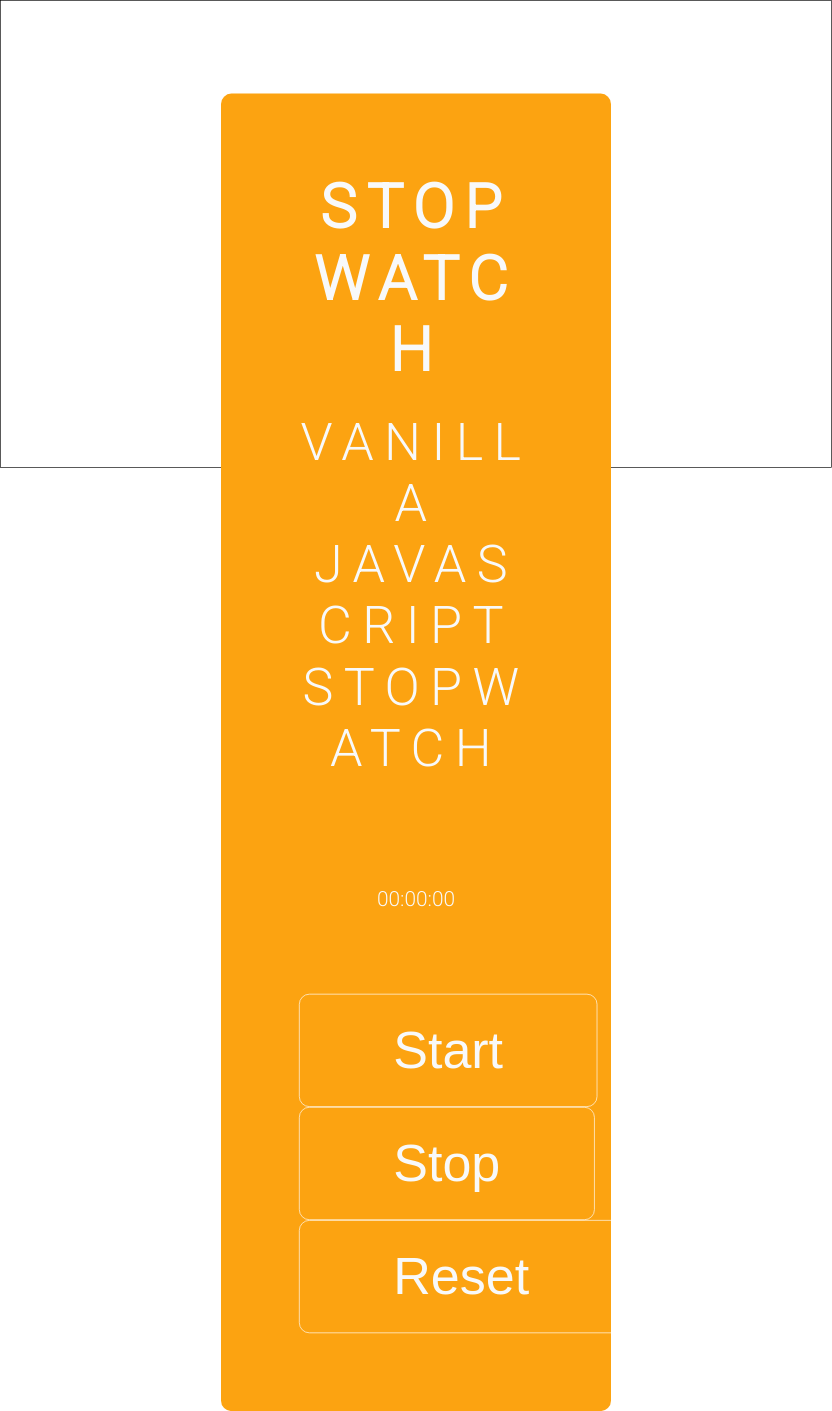
Repository: siaxiong/siaxiong.github.io
Page: doc/stopWatch.html
An editor plug-in stored every save of this project. The page is shown before and after the next save, followed by the edit.
The browser window is 1280 px wide. The pictures show the whole page, at 65% of full size.

Above is the page before, as saved 2021-03-11 16:26:27.

After the next save:
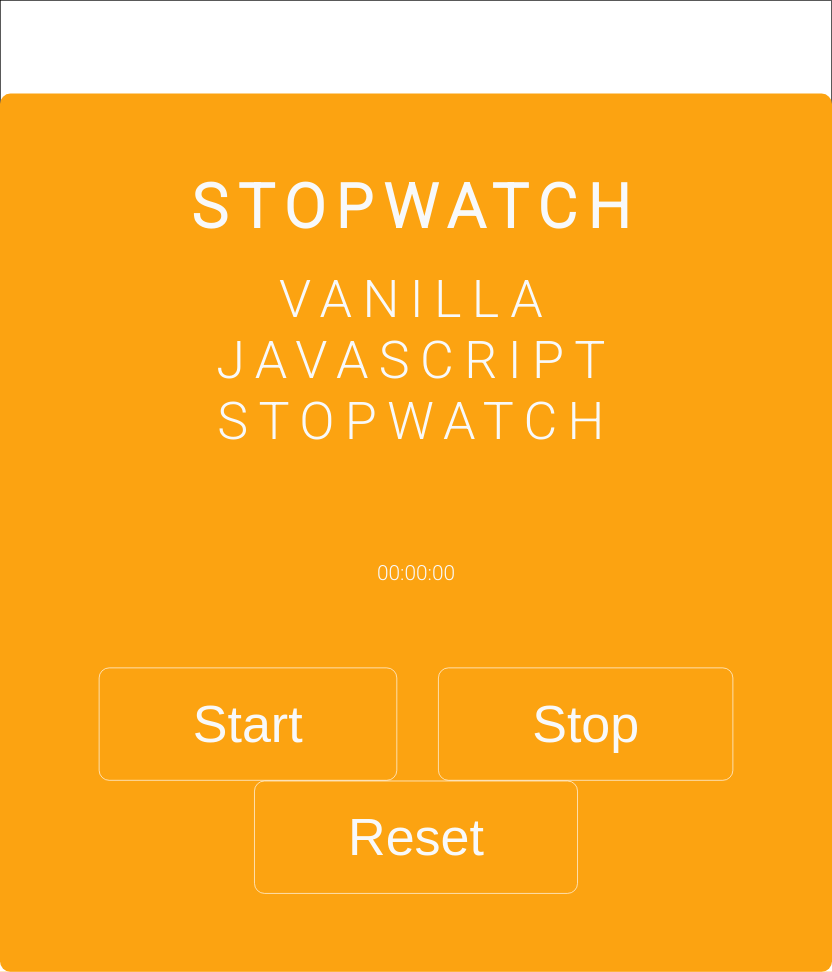
Saved 54 s later.
--- a/doc/stopWatch.html
+++ b/doc/stopWatch.html
@@ -25,7 +25,6 @@
 
     .stopwatch {
         margin: 0 auto;
-        max-width: 600px;
         width: 100%;
 
         color: #f8f9fa;
